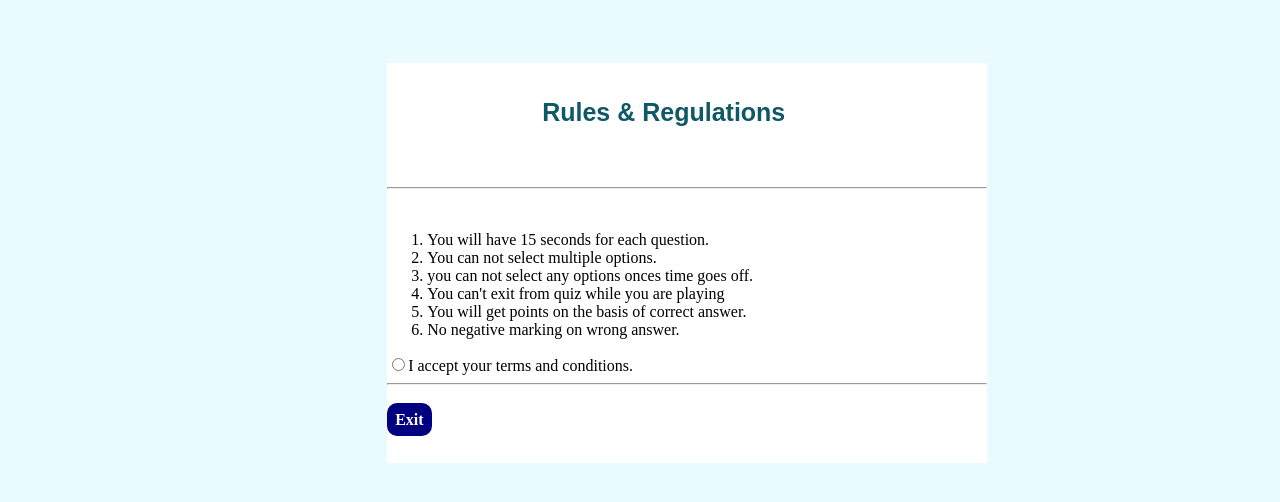
Repository: Rupali-8062Chourasiya5279/Internship_Task_Rupali
Page: Programming Language/quiz/QuizApp/src/main/webapp/rules.html
The author's editor kept a copy of each file at every save. The page is drawn from the files as they stood at one save, then again after the next save.
The browser window is 1280 px wide. The pictures show the whole page.

Above is the page before, as saved 2025-01-24 12:00:05.

After the next save:
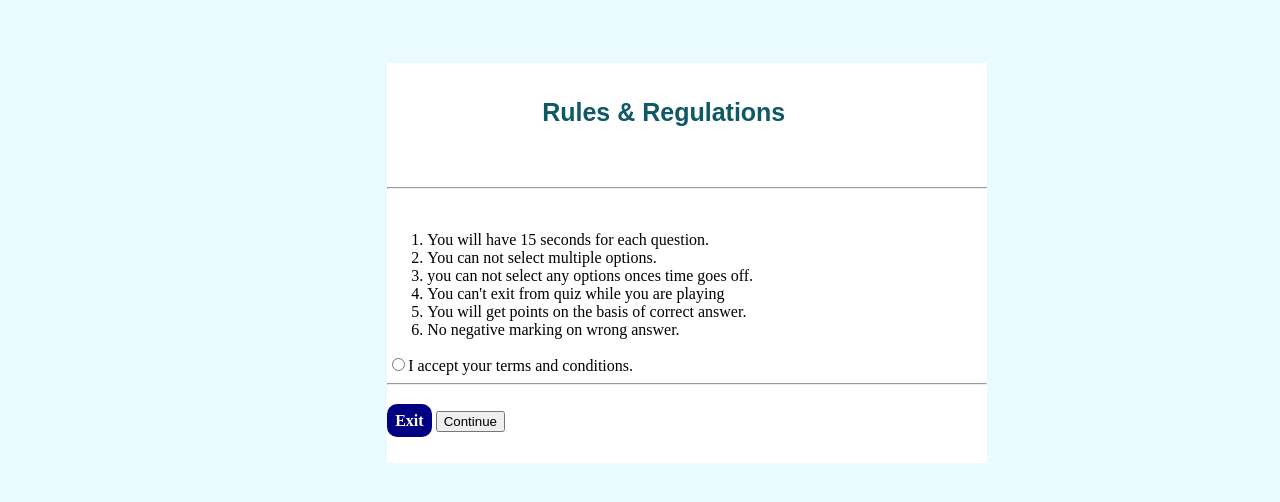
Saved 81 min 55 s later.
--- a/Programming Language/quiz/QuizApp/src/main/webapp/rules.html
+++ b/Programming Language/quiz/QuizApp/src/main/webapp/rules.html
@@ -58,8 +58,8 @@ background-color: white;
 	<a href="Home.html">Exit</a>
 		<!--  <a href="First.html" style="float: right;margin-right: 15px;">Continue</a>-->
 
-<!-- 	<input type="submit" value="Continue">
- -->	</div>
+<input type="submit" value="Continue">
+ </div>
 	</form>
 </body>
 </html>
